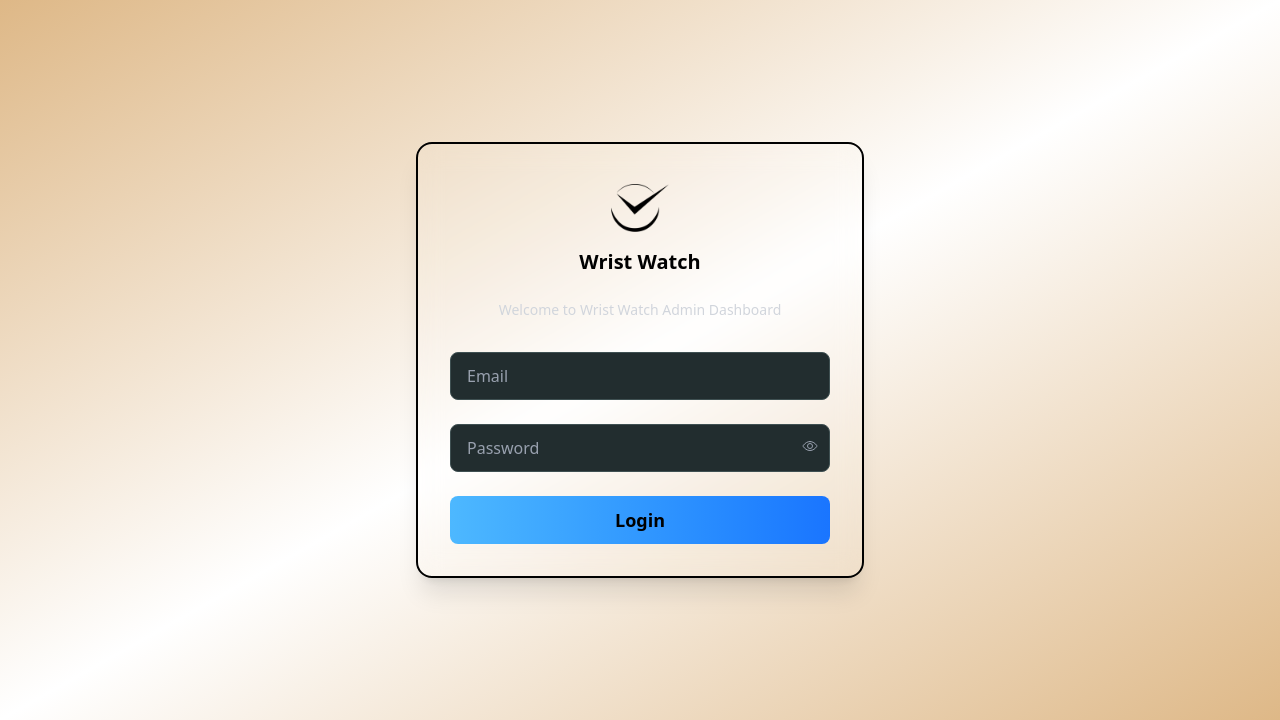
Repository: mansibhanushali/online_watch_ecommerce_mernstack_webapplication
Page: / (app in admin/)
These files come from the project's save history. The page is drawn as it stood at one moment and after the next save; the edit follows.
The browser window is 1280 px wide. The pictures show the whole page.
The project was rebuilt for these pictures with package versions that can differ from the ones it lists, and the page was loaded fresh each time. Also part of the build but not shown: admin/vite.config.js, admin/src/component/Nav.jsx, admin/src/pages/Home.jsx, admin/src/component/Loading.jsx, admin/src/pages/Add.jsx, admin/src/pages/Lists.jsx, admin/src/pages/Orders.jsx.

Above is the page before, as saved 2025-08-16 17:19:06.

### admin/index.html
<!doctype html>
<html lang="en">
  <head>
    <meta charset="UTF-8" />
    <link rel="icon" type="image/svg+xml" href="./logo1.png" />
    <meta name="viewport" content="width=device-width, initial-scale=1.0" />
    <title>Wristwatch-AdminPanel</title>
  </head>
  <body>
    <div id="root"></div>
    <script type="module" src="/src/main.jsx"></script>
  </body>
</html>

### admin/src/App.jsx
import React, { useContext } from 'react';
import { Route, Routes, Navigate } from 'react-router-dom';
import Home from './pages/Home';
import Add from './pages/Add';
import Lists from './pages/Lists';
import Orders from './pages/Orders';
import Login from './pages/Login';
import { adminDataContext } from './context/AdminContext';
import { ToastContainer } from 'react-toastify';

function App() {
  const { adminData } = useContext(adminDataContext);

  if (adminData === undefined) {
    // ⏳ While checking admin status
    return <div>Loading...</div>;
  }

  return (
    <>
      <ToastContainer />
      <Routes>
        <Route
          path="/"
          element={
            adminData ? <Navigate to="/admin/home" /> : <Navigate to="/login" />
          }
        />
        <Route
          path="/login"
          element={
            adminData ? <Navigate to="/admin/home" /> : <Login />
          }
        />
        <Route
          path="/admin/home"
          element={
            adminData ? <Home /> : <Navigate to="/login" />
          }
        />
        <Route
          path="/add"
          element={
            adminData ? <Add /> : <Navigate to="/login" />
          }
        />
        <Route
          path="/lists"
          element={
            adminData ? <Lists /> : <Navigate to="/login" />
          }
        />
        <Route
          path="/orders"
          element={
            adminData ? <Orders /> : <Navigate to="/login" />
          }
        />
      </Routes>
    </>
  );
}

export default App;

### admin/src/context/AuthContext.jsx
import React, { createContext } from 'react';

export const authDataContext = createContext();

function AuthContext({ children }) {
  let serverUrl = "http://localhost:8000";

  let value = {
    serverUrl
  };

  return (
    <authDataContext.Provider value={value}>
      {children}
    </authDataContext.Provider>
  );
}

export default AuthContext;

### admin/src/context/AdminContext.jsx
import React, { createContext, useContext, useEffect, useState } from 'react';
import { authDataContext } from './AuthContext';
import axios from 'axios';

export const adminDataContext = createContext();

function AdminContext({ children }) {
  const [adminData, setAdminData] = useState(null);
  const [isAuthenticated, setIsAuthenticated] = useState(false);
  const [loading, setLoading] = useState(true);
  const { serverUrl } = useContext(authDataContext);

  const getAdmin = async () => {
    try {
      const token = localStorage.getItem("adminToken");
      if (!token) {
        console.log("No admin token found");
        setIsAuthenticated(false);
        setLoading(false);
        return;
      }

      const result = await axios.get(serverUrl + "/api/user/getadmin", {
        withCredentials: true,
        headers: { Authorization: `Bearer ${token}` }
      });

      setAdminData(result.data);
      setIsAuthenticated(true);
    } catch (error) {
      console.error("Error fetching admin:", error);
      setIsAuthenticated(false);
      setAdminData(null);
    } finally {
      setLoading(false);
    }
  };

  useEffect(() => {
    getAdmin();
  }, []);

  const value = { adminData, setAdminData, getAdmin, isAuthenticated, loading };

  return (
    <adminDataContext.Provider value={value}>
      {children}
    </adminDataContext.Provider>
  );
}

export default AdminContext;

### admin/src/pages/Login.jsx
import React, { useContext, useState } from 'react';
import logo from '../assets/logo1.png';
import { IoEyeOutline, IoEye } from "react-icons/io5";
import axios from 'axios';
import { authDataContext } from '../context/AuthContext';
import { adminDataContext } from '../context/AdminContext';
import { useNavigate } from 'react-router-dom';
import { toast } from 'react-toastify';

function Login() {
  const [show, setShow] = useState(false);
  const [email, setEmail] = useState("");
  const [password, setPassword] = useState("");
  const { getAdmin } = useContext(adminDataContext);
  const { serverUrl } = useContext(authDataContext);
  const navigate = useNavigate();
  const [loading, setLoading] = useState(false);

const AdminLogin = async (e) => {
  e.preventDefault();
  setLoading(true);
  try {
    const result = await axios.post(
      `${serverUrl}/api/auth/adminlogin`,
      { email, password },
      { withCredentials: true }
    );


    if (result.data?.token) {
      localStorage.setItem("adminToken", result.data.token);
    }

    toast.success("Admin Login Successful");

    await getAdmin();
    navigate("/admin/home");

  } catch (error) {
    toast.error(error?.response?.data?.message || "Admin Login Failed");
  } finally {
    setLoading(false);
  }
};


  return (
    <div className="w-screen h-screen bg-gradient-to-br from-[burlywood] via-[#burlwood] to-[burlywood] text-black flex items-center justify-center px-4">
      <div className="w-full max-w-md bg-white/5 backdrop-blur-md border-2 border-black rounded-2xl shadow-xl p-8 flex flex-col items-center">

        <div className="flex flex-col items-center mb-4">
          <img src={logo} alt="Logo" className="w-16" />
          <h1 className="text-xl font-semibold mt-2 text-black">Wrist Watch</h1>
        </div>

        <p className="text-sm text-gray-300 mt-2 text-center">
          Welcome to Wrist Watch Admin Dashboard
        </p>

        <form onSubmit={AdminLogin} className="flex flex-col gap-6 mt-8 w-full">

          <input
            type="email"
            placeholder="Email"
            required
            value={email}
            onChange={(e) => setEmail(e.target.value)}
            className="w-full h-12 px-4 rounded-lg bg-[#222d2f] border border-[#3f5052] placeholder-gray-400 text-white focus:outline-none focus:ring-2 focus:ring-[#4db8ff]"
          />

          <div className="relative w-full">
            <input
              type={show ? "text" : "password"}
              placeholder="Password"
              required
              value={password}
              onChange={(e) => setPassword(e.target.value)}
              className="w-full h-12 px-4 rounded-lg bg-[#222d2f] border border-[#3f5052] placeholder-gray-400 text-white focus:outline-none focus:ring-2 focus:ring-[#4db8ff]"
            />
            <span
              className="absolute right-3 top-3.5 cursor-pointer text-gray-400 hover:text-white"
              onClick={() => setShow(!show)}
            >
              {show ? <IoEye /> : <IoEyeOutline />}
            </span>
          </div>

          <button
            type="submit"
            disabled={loading}
            className={`w-full h-12 rounded-lg text-lg font-semibold bg-gradient-to-r from-[#4db8ff] to-[#1a75ff] hover:opacity-90 transition duration-300 ${
              loading ? "opacity-50 cursor-not-allowed" : ""
            }`}
          >
            {loading ? "Logging in..." : "Login"}
          </button>
        </form>
      </div>
    </div>
  );
}

export default Login;

Loaded but not shown: admin/src/main.jsx (common file); admin/src/index.css (common file)

After the next save:
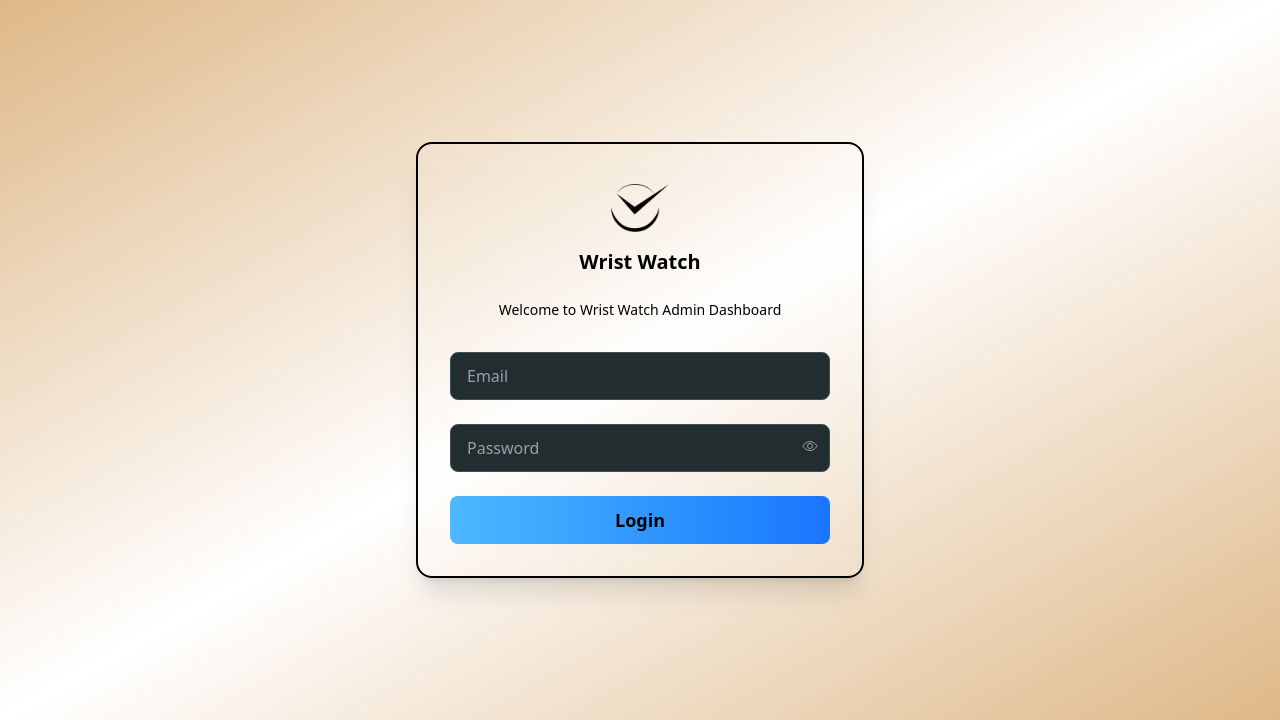
Saved 22 s later.
--- a/admin/src/pages/Login.jsx
+++ b/admin/src/pages/Login.jsx
@@ -53,7 +53,7 @@ const AdminLogin = async (e) => {
           <h1 className="text-xl font-semibold mt-2 text-black">Wrist Watch</h1>
         </div>
 
-        <p className="text-sm text-gray-300 mt-2 text-center">
+        <p className="text-sm text-black mt-2 text-center">
           Welcome to Wrist Watch Admin Dashboard
         </p>
 
